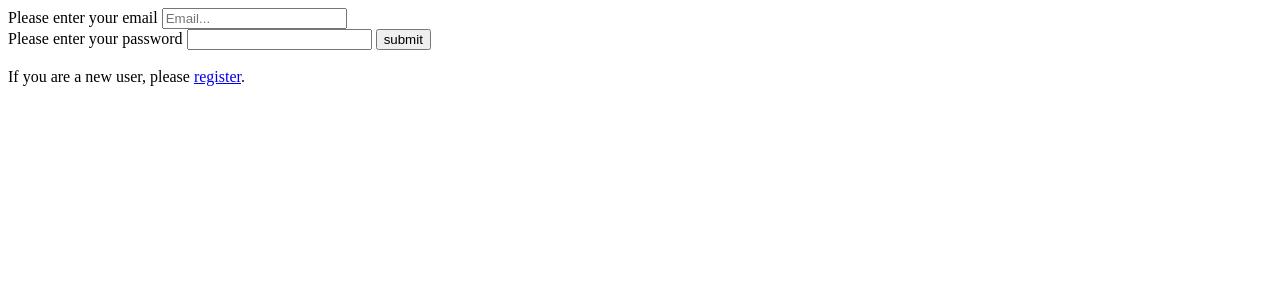
Repository: CraigRodewald/ParkingPalFinalProject
Page: http://localhost/ParkPalSpringMVC/loginPage
The author's editor kept a copy of each file at every save. The page is drawn from the files as they stood at one save, then again after the next save.
The browser window is 1280 px wide. The pictures show the whole page.
The page is served by Tomcat 9. Other server files are loaded and not shown.

Above is the page before, as saved 2016-05-11 03:08:45.

### ParkPalSpringMVC/WebContent/WEB-INF/jsp/loginPage.jsp
<%@ page language="java" contentType="text/html; charset=windows-1256"
	pageEncoding="windows-1256"%>

<!DOCTYPE html PUBLIC "-//W3C//DTD HTML 4.01 Transitional//EN"
"http://www.w3.org/TR/html4/loose.dtd">

<html>
<head>
<meta http-equiv="Content-Type"
	content="text/html; charset=windows-1256">
<title>Login Page</title>
</head>

<body>
	<form action="LoginServlet">

		Please enter your email <input type="text" name="em" placeholder="Email..."/><br>

		Please enter your password <input type="text" name="pw" /> <input
			type="submit" value="submit">

	</form>
	<br> If you are a new user, please
	<a href="register.jsp">register</a>.
</body>
</html>

After the next save:
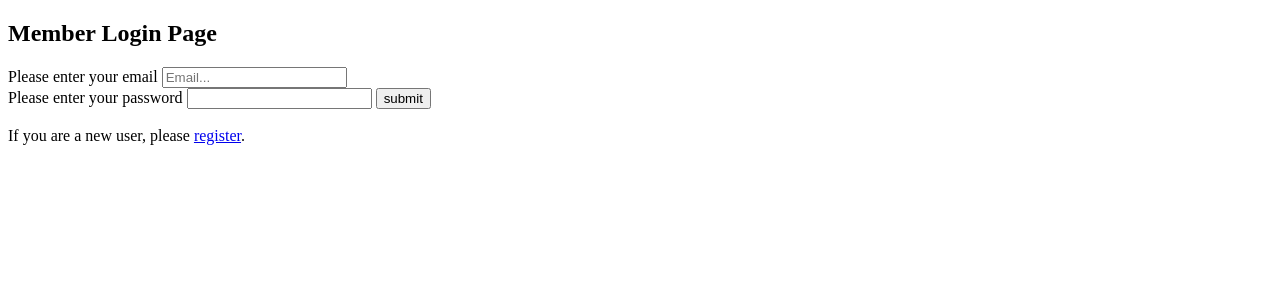
Saved 73 s later.
--- a/ParkPalSpringMVC/WebContent/WEB-INF/jsp/loginPage.jsp
+++ b/ParkPalSpringMVC/WebContent/WEB-INF/jsp/loginPage.jsp
@@ -12,6 +12,7 @@
 </head>
 
 <body>
+	<h2>Member Login Page</h2>
 	<form action="LoginServlet">
 
 		Please enter your email <input type="text" name="em" placeholder="Email..."/><br>
